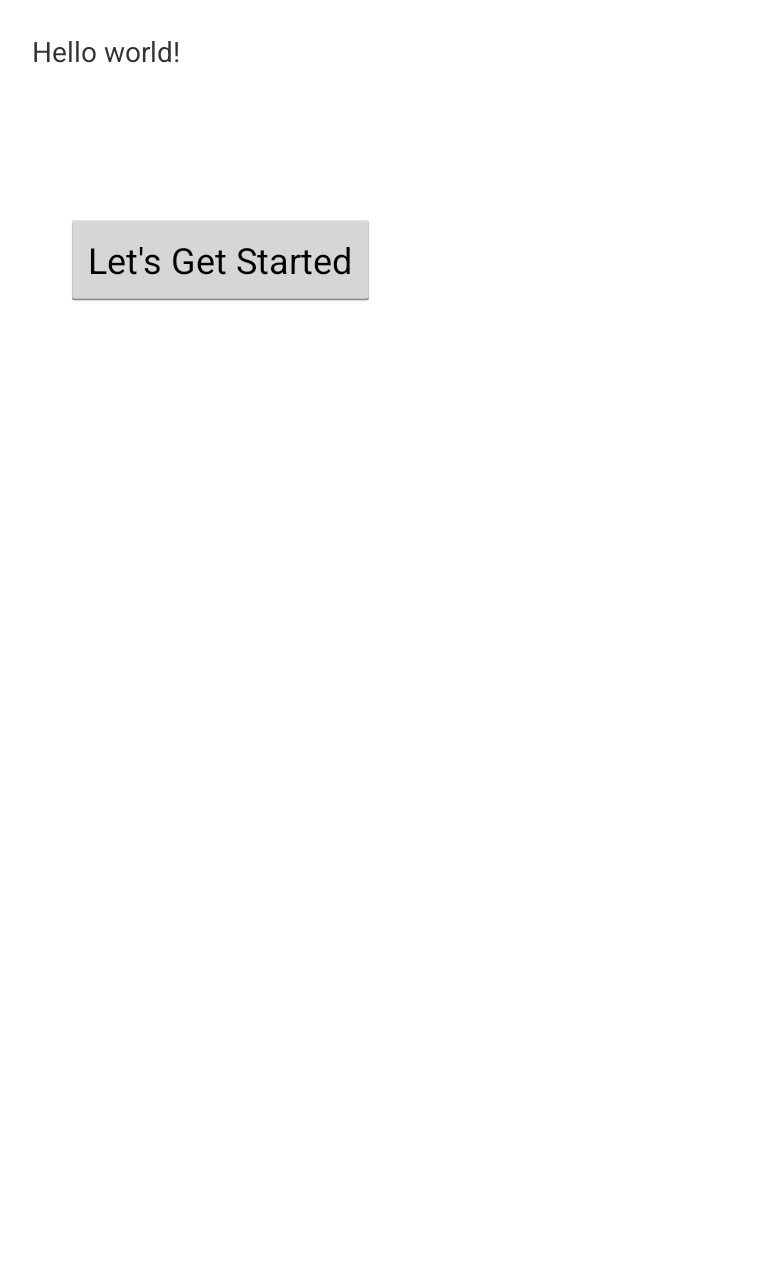
Repository: lfgcodeLinc/DreamChasers
Layout: DegreesMatter/res/layout/activity_main.xml
These files come from the project's save history. The layout is drawn as it stood at one moment and after the next save; the edit follows.
It is drawn on a 768 x 1280 px phone screen (xhdpi) without system bars, with theme AppTheme; the app's code is not run.

Above is the layout before, as saved 2014-11-23 04:17:41.

### DegreesMatter/res/layout/activity_main.xml
<RelativeLayout xmlns:android="http://schemas.android.com/apk/res/android"
    xmlns:tools="http://schemas.android.com/tools"
    android:layout_width="match_parent"
    android:layout_height="match_parent"
    android:paddingBottom="@dimen/activity_vertical_margin"
    android:paddingLeft="@dimen/activity_horizontal_margin"
    android:paddingRight="@dimen/activity_horizontal_margin"
    android:paddingTop="@dimen/activity_vertical_margin"
    tools:context="com.degreesmatter.MainActivity" >

    <TextView
        android:id="hello"
        android:layout_width="wrap_content"
        android:layout_height="wrap_content"
        android:text="@string/hello_world" />

    <Button
        android:id="start"
        android:layout_width="wrap_content"
        android:layout_height="wrap_content"
        android:layout_alignLeft="Hellotxt"
        android:layout_below="Hellotxt"
        android:layout_marginLeft="16dp"
        android:layout_marginTop="90dp"
        android:text="Let&apos;s Get Started" />

</RelativeLayout>

### DegreesMatter/res/values/strings.xml
<?xml version="1.0" encoding="utf-8"?>
<resources>

    <string name="app_name">DegreesMatter</string>
    <string name="hello_world">Hello world!</string>
    <string name="action_settings">Settings</string>
    <string name="action_search_1">Are you interested in any specific colleges in the triad area</string>
</resources>

Loaded but not shown: DegreesMatter/res/values/styles.xml (common file); DegreesMatter/res/values-v11/styles.xml (common file); DegreesMatter/res/values-v14/styles.xml (common file); DegreesMatter/res/values/dimens.xml (common file); DegreesMatter/res/values-w820dp/dimens.xml (common file)

After the next save:
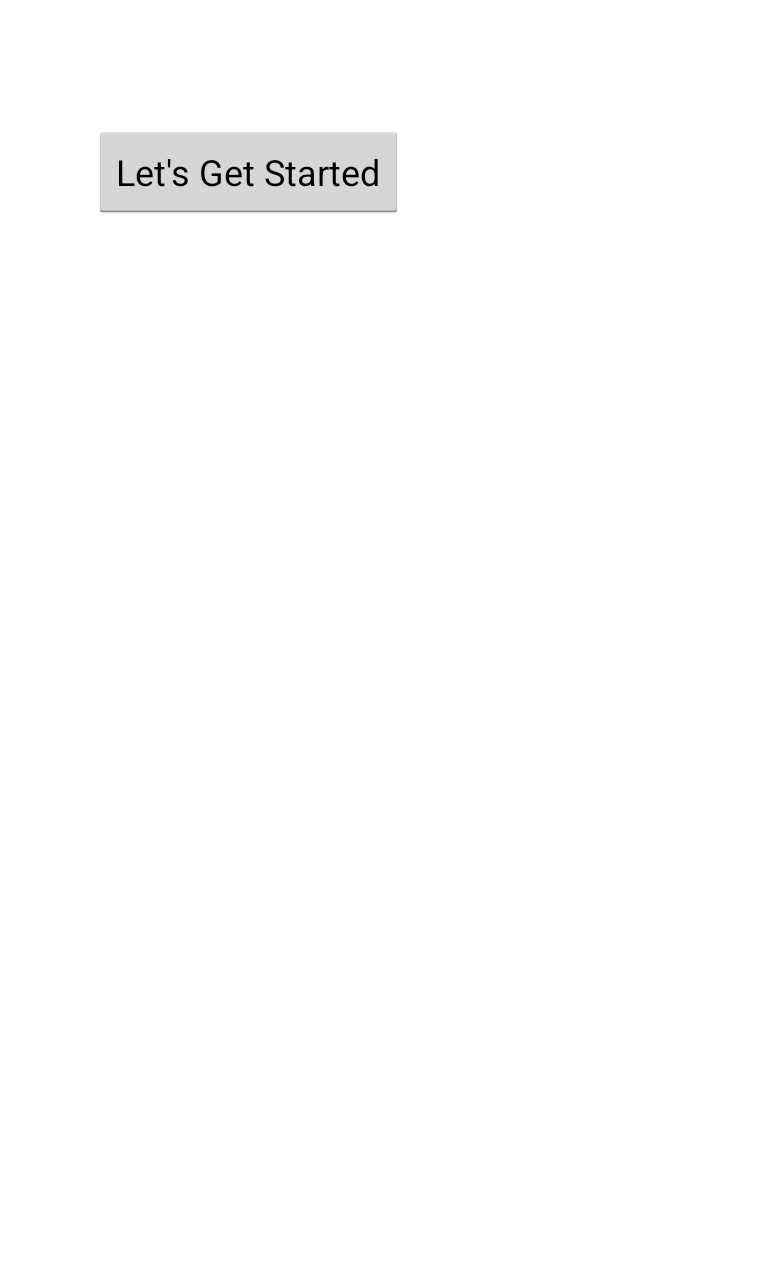
Saved 2 min 46 s later.
--- a/DegreesMatter/res/layout/activity_main.xml
+++ b/DegreesMatter/res/layout/activity_main.xml
@@ -1,5 +1,6 @@
 <RelativeLayout xmlns:android="http://schemas.android.com/apk/res/android"
     xmlns:tools="http://schemas.android.com/tools"
+    android:id="hello"
     android:layout_width="match_parent"
     android:layout_height="match_parent"
     android:paddingBottom="@dimen/activity_vertical_margin"
@@ -8,20 +9,14 @@
     android:paddingTop="@dimen/activity_vertical_margin"
     tools:context="com.degreesmatter.MainActivity" >
 
-    <TextView
-        android:id="hello"
-        android:layout_width="wrap_content"
-        android:layout_height="wrap_content"
-        android:text="@string/hello_world" />
-
     <Button
         android:id="start"
         android:layout_width="wrap_content"
         android:layout_height="wrap_content"
-        android:layout_alignLeft="Hellotxt"
-        android:layout_below="Hellotxt"
-        android:layout_marginLeft="16dp"
-        android:layout_marginTop="90dp"
+        android:layout_alignParentLeft="true"
+        android:layout_alignParentTop="true"
+        android:layout_marginLeft="30dp"
+        android:layout_marginTop="46dp"
         android:text="Let&apos;s Get Started" />
 
 </RelativeLayout>
